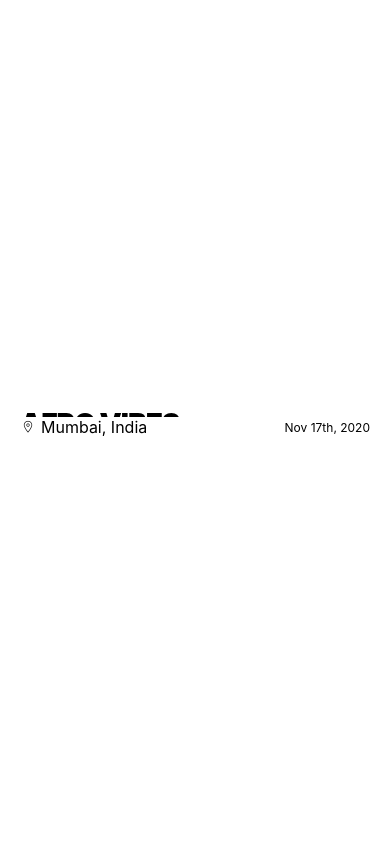
Repository: KyawSoeHein/React_Native_Carusoel_Animation
Screen: /
These files come from the project's save history. The screen is drawn as it stood at one moment and after the next save; the edit follows.
The app was drawn by React Native's web renderer in a window 390 px wide. The project was rebuilt for these pictures with package versions that can differ from the ones it lists, and the page was loaded fresh each time.

Above is the screen before, as saved 2022-01-03 19:33:02.

After the next save:
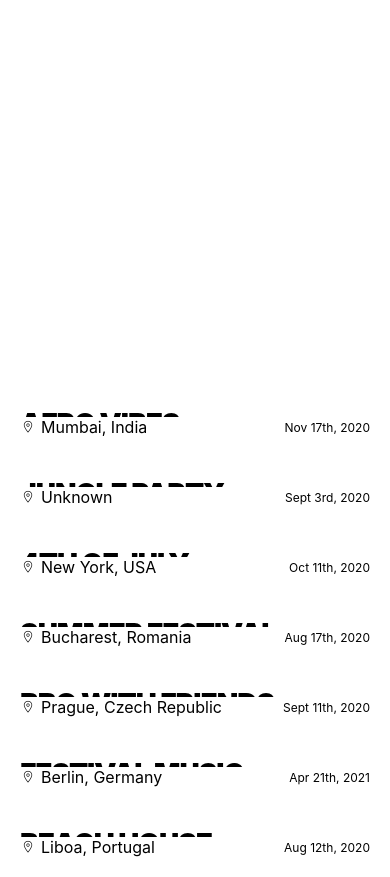
Saved 61 s later.
--- a/App.tsx
+++ b/App.tsx
@@ -140,7 +140,7 @@
   },
   overflowContainer: {
     height: OVERFLOW_HEIGHT,
-    overflow: 'hidden',
+    // overflow: 'hidden',
   },
 });
 

After the save that followed:
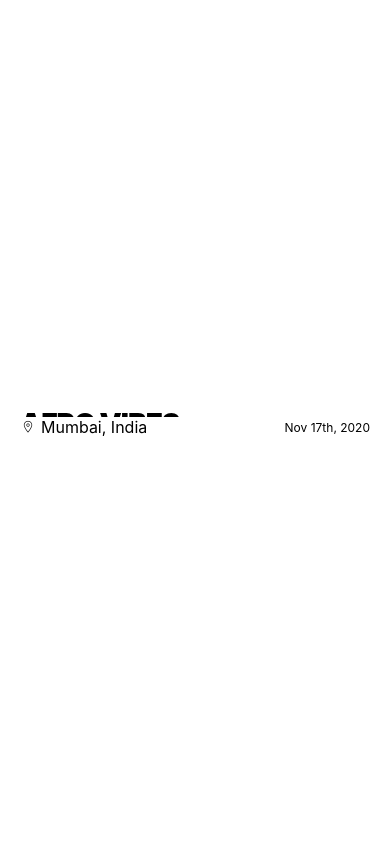
Saved 2 min 13 s later.
--- a/App.tsx
+++ b/App.tsx
@@ -140,7 +140,7 @@
   },
   overflowContainer: {
     height: OVERFLOW_HEIGHT,
-    // overflow: 'hidden',
+    overflow: 'scroll',
   },
 });
 
